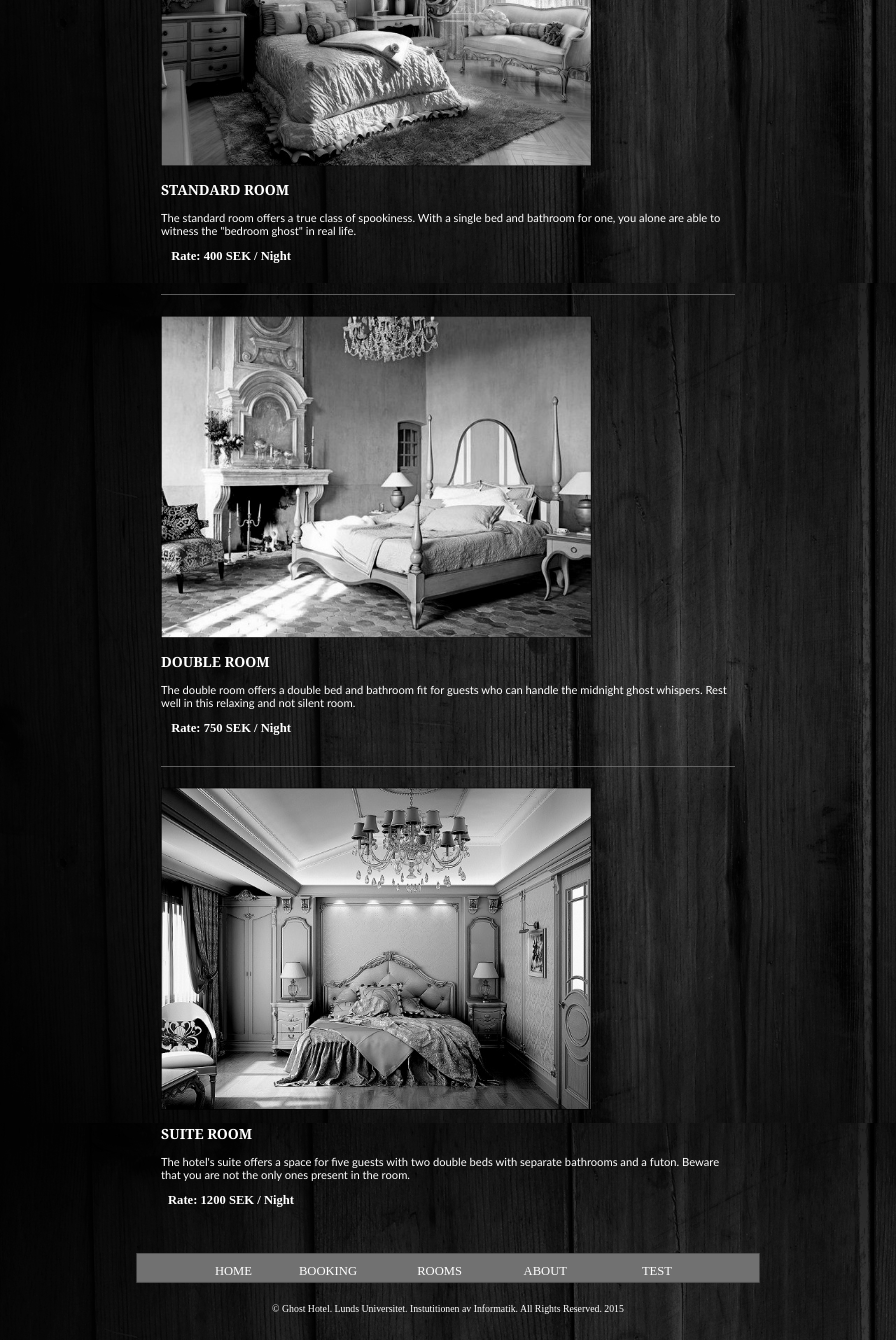
Repository: shelleylv/planb
Page: Client2/WebContent/Rooms.html
An editor plug-in stored every save of this project. The page is shown before and after the next save, followed by the edit.
The browser window is 1280 px wide. The pictures show the part of the page from y = 796 to 2716 px (the page is 2710 px tall before and 2716 px after), at 70% of full size.
Backgrounds fixed to the window are drawn as part of the page.

Above is the page before, as saved 2015-04-05 19:30:41.

### Client2/WebContent/Rooms.html
<!DOCTYPE html>
<html>
<head>
	<meta charset="UTF-8">
	<title>Ghost Hotel</title>
	<link rel="stylesheet" href="css/style.css" type="text/css">
</head>
<div id="page">
			<div id="header">
				<img src ="bilder/ghlogo.jpg" alt="header"/>
				<div id="navigation">
					<ul>
						<li class="selected">
						<a href="Startpage.html"><strong>Home</strong></a>
						</li>
						<li>
							<a href="Booking.jsp"><strong>Booking</strong></a>
						</li>
						<li>
							<a href="Rooms.html"><strong>Rooms</strong></a>
						</li>
						<li>
							<a href="About.html"><strong>About</strong></a>
						</li>
						<li>
							<a href="Test.html"><strong>Test</strong></a>
						</li>
					</ul>
				</div>
			</div>
			<div id="contents">
				<div id="roompage">
					<div>
						<div id="roombox">
							<h4> At the Ghost Hotel, we offer a different variety of rooms for guests brave enough to stay a night with all of our unseen guests. Have a look to see which room suits your courage.</h4>
							<ul id="rooms">
								<li>
									<img src="bilder/standardroom.jpg" alt="Img">
									<h2>Standard Room</h2>
									<p>
										The standard room offers a true class of spookiness. With a single bed and bathroom for one, you alone are able to witness the "bedroom ghost" in real life.
									</p>
									<span class="rate"><strong>Rate: 400 SEK / Night</strong></span>
								</li>

								<li>
									<img src="bilder/doubleroom.jpg" alt="Img">
									<h2>Double Room</h2>
									<p>
										The double room offers a double bed and bathroom fit for guests who can handle the midnight ghost whispers. Rest well in this relaxing and not silent room.
									</p>
									<span class="rate"><strong>Rate: 750 SEK / Night</strong></span>
								</li>
								<li>
									<img src="bilder/suiteroom.jpg" alt="Img">
									<h2>Suite Room</h2>
									<p>
										The hotel's suite offers a space for five guests with two double beds with separate bathrooms and a futon. Beware that you are not the only ones present in the room.
									</p>
									<span class="rate"><strong>Rate: 1200 SEK / Night</strong></span>
								</li>
							</ul>
						</div>
					</div>
				</div>
			</div>
		</div>
	<div id="footer">
		<div>
			<ul class="navigation">
				<li class="active">
						<a href="Startpage.html">Home</a>
					</li>
					<li>
						<a href="Booking.jsp">Booking</a>
					</li>
					<li>
						<a href="Rooms.html">Rooms</a>
					</li>
					<li>
						<a href="About.html">About</a>
					</li>
					<li>
						<a href="Test.html">Test</a>
					</li>
			</ul>
		</div>
		<p> © Ghost Hotel. Lunds Universitet. Instutitionen av Informatik. All Rights Reserved. 2015</p>
	</div>
<body>
</body>
</html>

### Client2/WebContent/css/style.css
/*---------DESIGN----------------*/

body{
	background-image: url("../bilder/backgroundwood.jpg");
	background-attachment: fixed;
}


#page{
	width: 1000px;
	margin: auto;
}

#header{
	width: 1000px;
	margin: auto;
}


/*---------CONTENTS--------------*/
#contents{
	border: none;
}

#contents h1{
	color: white;
	font-family: Times New Roman;
	font-size: 20px;
}

#contents h2{
	color: white;
	font-family: Times New Roman;
	font-size: 20px;
}

#contents p{
	color: white;
	font-family: Trebuchet MS;
	font-size: 18px;
}

/*------------ABOUTBOX-------*/
#aboutbox{
	width: 820px;
	margin: auto;
	padding: 4px 5px 18px;
	border: none;
}

/*------ABOUTUS-----------*/

#aboutus h1{
	color: white;
	font-family: Georgia, Times New Roman;
	text-decoration: none;
	font-size: 20px;
}

#aboutus h2{
	color: white;
	font-family: Georgia, Times New Roman;
	font-size: 20px;
}

#aboutus p {
	color: white;
	font-family: Trebuchet MS;
	font-size: 16px;
}

#aboutus img{
	float: right;
	border: 3px solid black;
	margin-right:-90px;
	margin-top: 20px;
}

/*----------------NAVIGATION------------------*/

#navigation{
	background-color: #EDEDED;
	clear: both;
	height: 40px;
	width: 1000px;
	margin: auto;
}

#navigation ul{
	display: inline-block;
	width: 1000px;
	list-style: none;
	margin: 0;
	padding: 0;
}

#navigation li{
	float:left;
	height: 20px;
	width: 100px;
	margin-left: 65px;
	padding: 10px;
	text-align: center;
}

#navigation li:first-child{
	margin-left: 0
	padding-left: 0;
}

#navigation li a{
	color: black;
	display: block;
	text-decoration: none;
	text-transform: uppercase;
	font-family: Times New Roman;
	font-size: 20px;

}

#navigation li a:hover {
	color: red;
}

/*--------------MAIN--------------*/
#main {
	width: 820px;
	margin: auto;
	padding: 20px 5px 18px;
}

#main p{
	font-size: 16px;
	font-family: Trebuchet MS;
	text-align: left;
	color: white;
	text-transform: none;
}

#main h1{
	font-family: Georgia, Times New Roman;
	font-size: 35px;
	text-transform: uppercase;
	text-align: center;
	color: white;

}


/*-------------INFOBOX------------*/

#infobox{
	float: right;
	position: static;
	width: 220px;
	height: 520px;
	margin: 20px 20px 5px 20px;
	padding-top:25px;
}

/*---------------SIDEBOX----------------*/
.sidebox{
	height: 150px;
	width: 220px;
	margin-bottom: 15px;
	margin-top: 20px;
}

.sidebox img{
	height: 150px;
	width: 220px;
}


/*--------------BOOKINGBOX-----------*/

#bookingbox{
	width: 820px;
	margin: auto;
	padding: 10px;
}

#bookingbox p{
	font-family: Georgia, Times New Roman;
	font-weight: bold;
	font-size: 18px;
}

/*------------BOOKING---------*/

#booking{
	background-color: none;
	width: 770px;
	float: left;
	height: 400px;
	border: none;
	padding: 20px;
}

#booking label{
	color: white;
	font-size: 20;
	font-family: Trebuchet MS;
}

#booking p{
	font-family: Georgia, Times New Roman;


}



/*---------RESULTBOX-----------*/
#resultbox {
	border:1px dashed black;
	float: right;
	width: 550px;
	height: 400px;
	margin: auto;
	padding: 0px 10px 10px 10px ;
	overflow: scroll;
}

#resultbox p{
	color: white;
	font-family: Georgia, Times New Roman;
	font-size: 17px;

}

#resultbox span{
	font-weight: bold;
	font-family: Trebuchet MS;
	font-size: 16px;
}

#pris {
	font-weight: nomal;
}

/*-----------ROOMBOX----------*/

#roombox{
	border: none;
	width: 820px;
	margin: auto;
	padding: 4px 5px 18px;
}

#roombox h2{
	text-transform: uppercase;
	font-family: Times New Roman;
	color: white;
	font-size: 20px;
}

#roombox p {
	font-family: Trebuchet MS;
	font-size: 16px;
	color: white;
}

#roombox h4{
	color: white;
	font-family: Georgia, Times New Roman;

}
#roombox h2{
	font-family: Georgia, Times New Roman;
	color: white;
}

/*----ROOMS----*/

#rooms{
	list-style: none;
	margin: 0;
	padding: 0;
}

#rooms li{
	display: block;
	width: 750;
	border-top: 1px solid grey;
	padding: 30px 0;
	position: relative;
}

#rooms li:first-child{
	border-top:0;
}

#rooms li img{
	float: none;
	border: 1px solid black;
	margin-right: 15px;
}


#rooms .rate {
	color: white;
	display: inline-block;
	font-family: Times New Roman;
	font-size: 18px;
	height: 35px;
	width: 200px;
	text-align: center;
	position: static;
	bottom: 30px;
}

/*-----------FOOTER------------------*/

#footer{
	color: white;
	font-size: 14px;
	line-height: 48px;
	margin: -38px 0 20px;
	padding-top: 42px;
	text-transform: uppercase;
	clear:both
}

#footer > div {
	background-color:#717171;
	height: 40px;
	width: 850px;
	border-bottom: 1px solid #4F4F4F;
	border-top: 1px solid #4F4F4F;
	margin: 0 auto;
	padding: 0 20px;
	text-align: right;
}

#footer ul.navigation {
	display: inline-block;
	list-style: none;
	margin: 0;
	padding: 0;
	float: left;
}

#footer ul.navigation li {
	float: left;
	height: 50px;
	width:100px;
	margin-left: 50px;

}
#footer ul.navigation li a {
	color: white;
	padding: 5px;
	text-decoration: none;
	font-family:Times New Roman;
	font-size:18px;
}

#footer ul.navigation li:first-child a {
	border-left: 0;
	padding-left: 0;
}

#footer ul.navigation li a:hover {
	color: red;
}

#footer p {
	color: white;
	margin: center;
	text-align: center;
	text-transform: none;
}

After the next save:
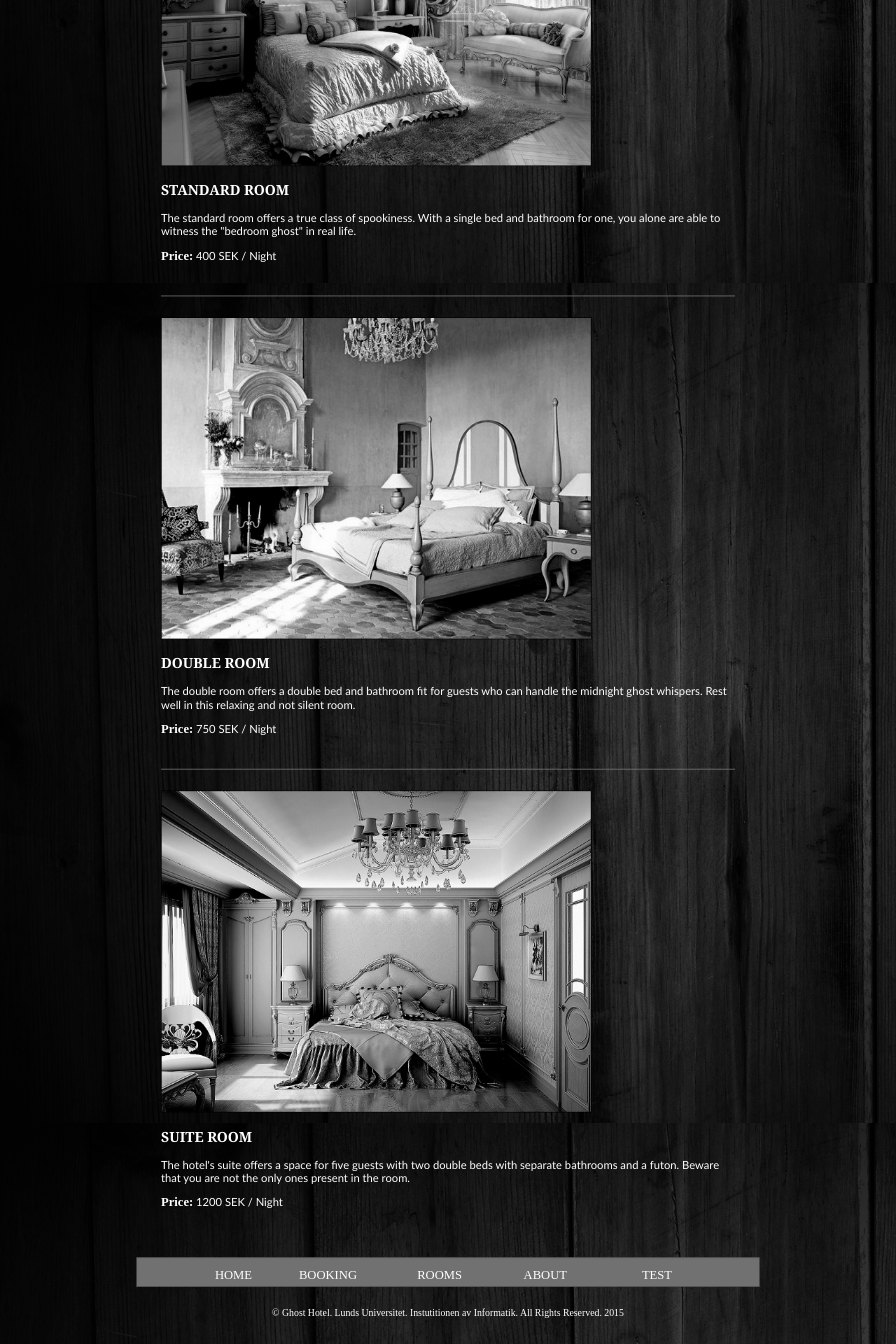
Saved 4 min 11 s later.
--- a/Client2/WebContent/Rooms.html
+++ b/Client2/WebContent/Rooms.html
@@ -40,7 +40,7 @@
 									<p>
 										The standard room offers a true class of spookiness. With a single bed and bathroom for one, you alone are able to witness the "bedroom ghost" in real life.
 									</p>
-									<span class="rate"><strong>Rate: 400 SEK / Night</strong></span>
+									<p><span>Price:</span> 400 SEK / Night </p>
 								</li>
 
 								<li>
@@ -49,7 +49,7 @@
 									<p>
 										The double room offers a double bed and bathroom fit for guests who can handle the midnight ghost whispers. Rest well in this relaxing and not silent room.
 									</p>
-									<span class="rate"><strong>Rate: 750 SEK / Night</strong></span>
+									<p><span>Price:</span> 750 SEK / Night </p>
 								</li>
 								<li>
 									<img src="bilder/suiteroom.jpg" alt="Img">
@@ -57,7 +57,7 @@
 									<p>
 										The hotel's suite offers a space for five guests with two double beds with separate bathrooms and a futon. Beware that you are not the only ones present in the room.
 									</p>
-									<span class="rate"><strong>Rate: 1200 SEK / Night</strong></span>
+									<p><span>Price:</span> 1200 SEK / Night </p>
 								</li>
 							</ul>
 						</div>
--- a/Client2/WebContent/css/style.css
+++ b/Client2/WebContent/css/style.css
@@ -298,16 +298,11 @@
 }
 
 
-#rooms .rate {
-	color: white;
-	display: inline-block;
-	font-family: Times New Roman;
+#rooms span{
+	color: white;
+	font-family: Georigia, Times New Roman;
 	font-size: 18px;
-	height: 35px;
-	width: 200px;
-	text-align: center;
-	position: static;
-	bottom: 30px;
+	font-weight: bold;
 }
 
 /*-----------FOOTER------------------*/
